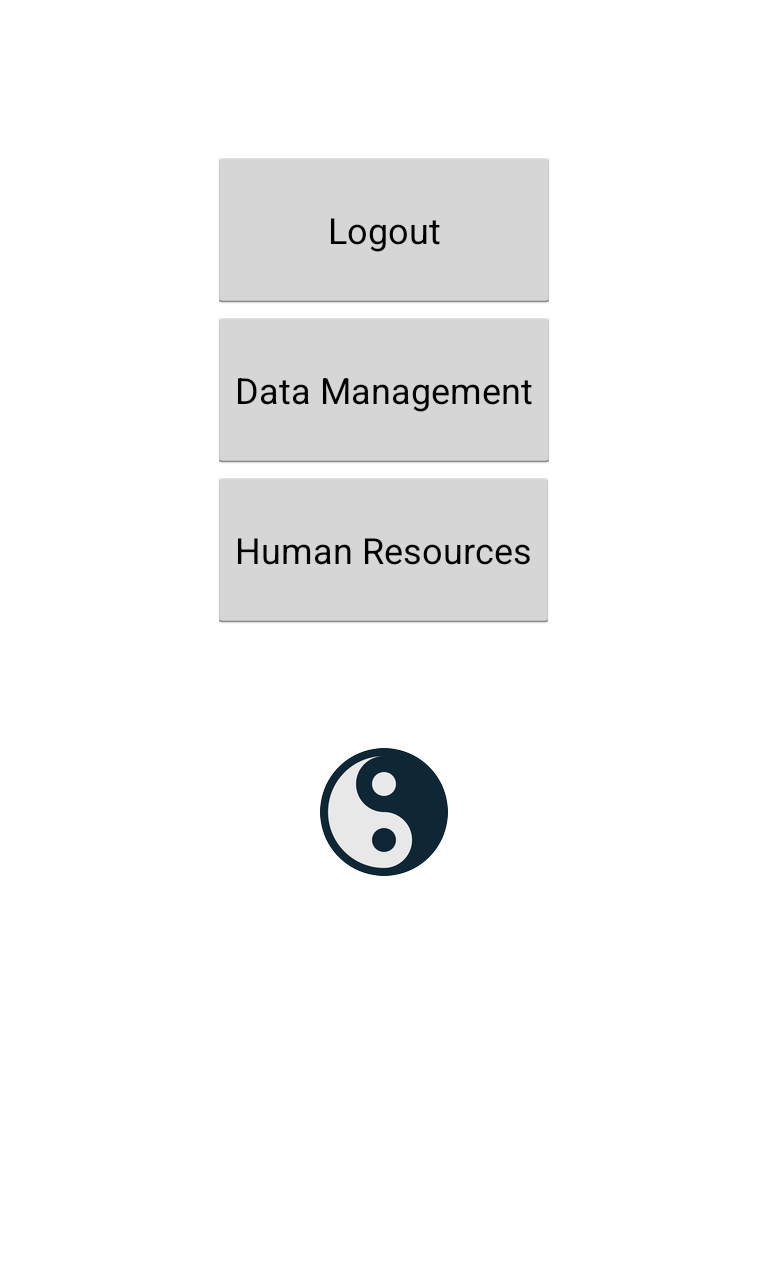
Repository: diogosufil/AcupunturaClienteAndroid
Layout: AcupunturaClienteAndroid/res/layout/activity_main.xml
These files come from the project's save history. The layout is drawn as it stood at one moment and after the next save; the edit follows.
It is drawn on a 768 x 1280 px phone screen (xhdpi) without system bars, with theme AppTheme; the app's code is not run. The app's manifest (not shown) leaves right-to-left support off. So textAlignment, textDirection and layoutDirection are ignored, and left and right values win over start and end ones.

Above is the layout before, as saved 2015-01-07 12:43:00.

### AcupunturaClienteAndroid/res/layout/activity_main.xml
<LinearLayout xmlns:android="http://schemas.android.com/apk/res/android"
    xmlns:tools="http://schemas.android.com/tools"
    android:id="@+id/LinearLayout2"
    android:layout_width="match_parent"
    android:layout_height="match_parent"
    android:gravity="top|center"
    android:orientation="vertical"
    android:paddingBottom="@dimen/activity_vertical_margin"
    android:paddingLeft="@dimen/activity_horizontal_margin"
    android:paddingRight="@dimen/activity_horizontal_margin"
    android:paddingTop="@dimen/activity_vertical_margin"
    tools:context="com.example.acupunturaclienteandroid.MainActivity" >

    <LinearLayout
        android:layout_width="wrap_content"
        android:layout_height="wrap_content"
        android:gravity="center"
        android:orientation="vertical" >

        <TextView
            android:id="@+id/textView1"
            android:layout_width="wrap_content"
            android:layout_height="wrap_content"
            android:text="@string/nothing"
            android:textAppearance="?android:attr/textAppearanceLarge" />

        <TextView
            android:id="@+id/TextView01"
            android:layout_width="wrap_content"
            android:layout_height="wrap_content"
            android:text="@string/nothing"
            android:textAppearance="?android:attr/textAppearanceLarge" />

        <Button
            android:id="@+id/buttonLogout"
            android:layout_width="match_parent"
            android:layout_height="80dp"
            android:text="@string/logout" />

        <Button
            android:id="@+id/buttonDataManagement"
            android:layout_width="wrap_content"
            android:layout_height="80dp"
            android:text="@string/data_management" />

        <Button
            android:id="@+id/buttonHumanResources"
            android:layout_width="wrap_content"
            android:layout_height="80dp"
            android:text="@string/human_resources" />

        <TextView
            android:id="@+id/textView2"
            android:layout_width="wrap_content"
            android:layout_height="wrap_content"
            android:text="@string/nothing"
            android:textAppearance="?android:attr/textAppearanceLarge" />

        <TextView
            android:id="@+id/TextView02"
            android:layout_width="wrap_content"
            android:layout_height="wrap_content"
            android:text="@string/nothing"
            android:textAppearance="?android:attr/textAppearanceLarge" />

        <ImageView
            android:id="@+id/imageView1"
            android:layout_width="wrap_content"
            android:layout_height="wrap_content"
            android:scaleType="center"
            android:src="@drawable/ac_img"
            android:textAlignment="center" />
    </LinearLayout>

</LinearLayout>

### AcupunturaClienteAndroid/res/values/strings.xml
<?xml version="1.0" encoding="utf-8"?>
<resources>

    <string name="app_name">Acupuntura</string>
    <string name="hello_world">Hello world!</string>
    <string name="action_settings">Settings</string>
    <string name="title_activity_menu">Menu</string>
    <string name="title_activity_main">Acupuntura</string>
    <string name="login">Login</string>
    <string name="username">Username</string>
    <string name="password">Password</string>
    <string name="nothing"></string>
    <string name="logout">Logout</string>
    <string name="data_management">Data Management</string>
    <string name="human_resources">Human Resources</string>
    <string name="title_activity_data_management">Data Management</string>
    <string name="title_activity_human_resources">Human Resources</string>
    <string name="generateDiagnostics">Generate Diagnostics</string>

</resources>

Loaded but not shown: AcupunturaClienteAndroid/res/values/styles.xml (common file); AcupunturaClienteAndroid/res/values-v11/styles.xml (common file); AcupunturaClienteAndroid/res/values-v14/styles.xml (common file); AcupunturaClienteAndroid/res/values/dimens.xml (common file); AcupunturaClienteAndroid/res/values-w820dp/dimens.xml (common file)

After the next save:
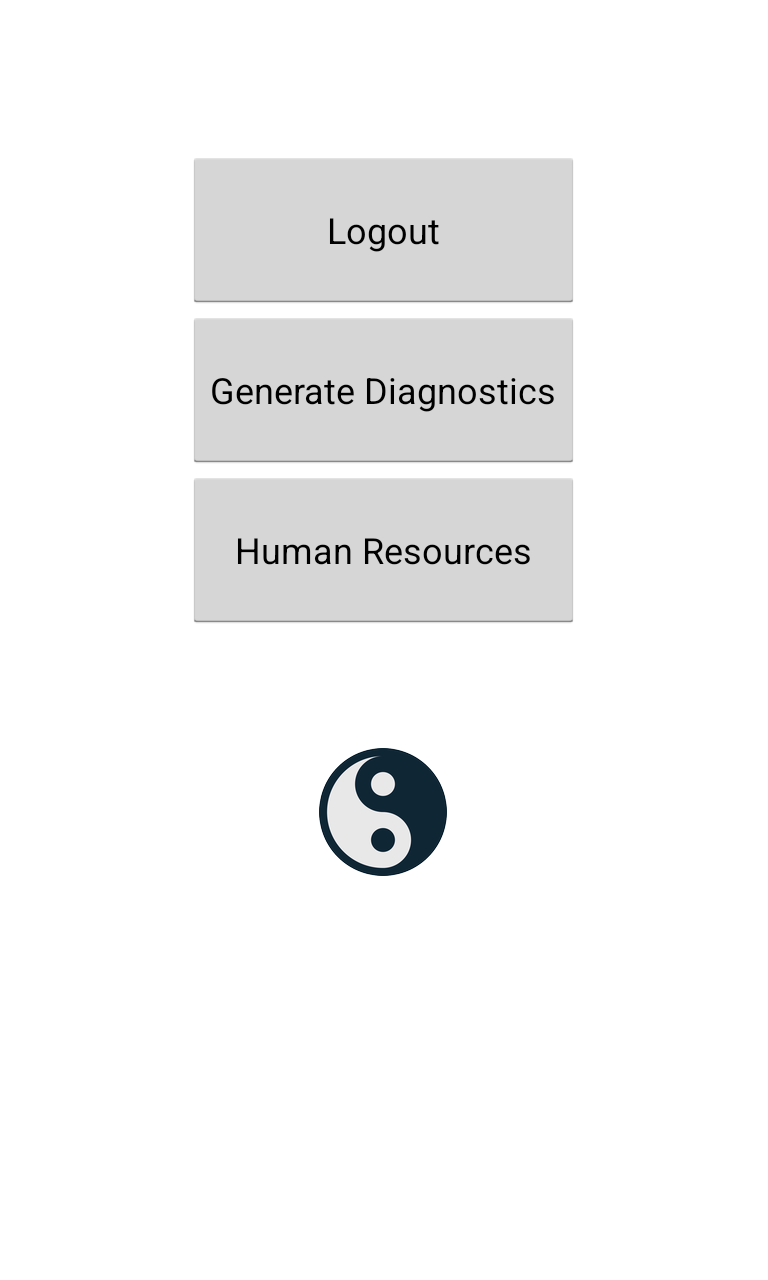
Saved 19 s later.
--- a/AcupunturaClienteAndroid/res/layout/activity_main.xml
+++ b/AcupunturaClienteAndroid/res/layout/activity_main.xml
@@ -41,11 +41,11 @@
             android:id="@+id/buttonDataManagement"
             android:layout_width="wrap_content"
             android:layout_height="80dp"
-            android:text="@string/data_management" />
+            android:text="@string/generateDiagnostics" />
 
         <Button
             android:id="@+id/buttonHumanResources"
-            android:layout_width="wrap_content"
+            android:layout_width="match_parent"
             android:layout_height="80dp"
             android:text="@string/human_resources" />
 
